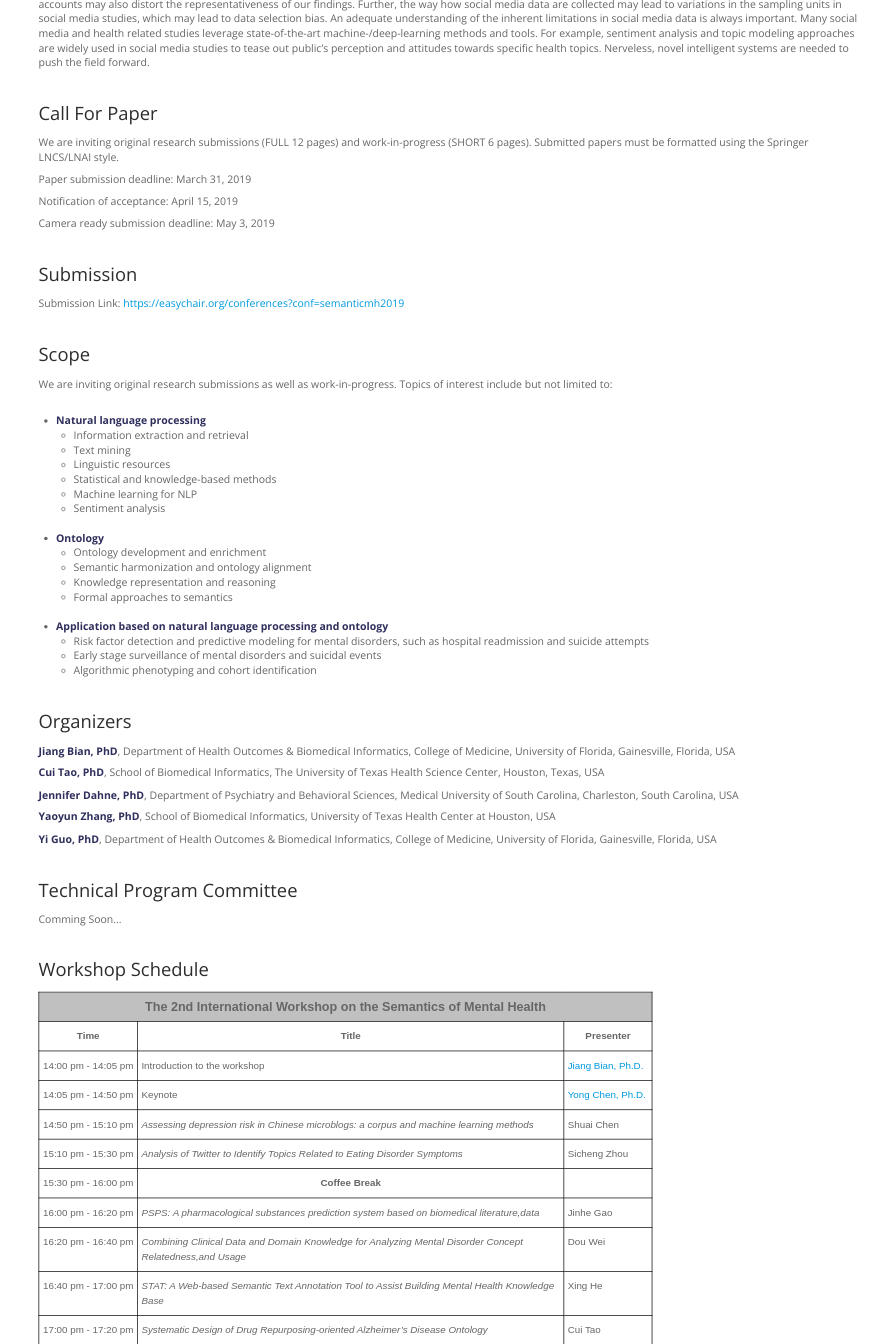
Repository: bianjiang/semantics-powered.org
Page: ISSWHR-2020/index.html
These files come from the project's save history. The page is drawn as it stood at one moment and after the next save; the edit follows.
The browser window is 1280 px wide. The pictures show the part of the page from y = 627 to 2547 px (the page is 2696 px tall before and 2601 px after), at 70% of full size.
Some web libraries are served in a nearby version.

Above is the page before, as saved 2019-10-26 16:54:31.
Console error (its wording comes from the project's code and is left out).

### ISSWHR-2020/index.html
<!DOCTYPE html>
<!--[if lt IE 7]>      <html class="no-js lt-ie9 lt-ie8 lt-ie7"> <![endif]-->
<!--[if IE 7]>         <html class="no-js lt-ie9 lt-ie8"> <![endif]-->
<!--[if IE 8]>         <html class="no-js lt-ie9"> <![endif]-->
<!--[if gt IE 8]><!-->
<html class="no-js">
<!--<![endif]-->

<head>
  <meta charset="utf-8">
  <meta http-equiv="X-UA-Compatible" content="IE=edge,chrome=1">
  <title></title>
  <meta name="description" content="">
  <meta name="viewport" content="width=device-width">

  <link rel="stylesheet" href="css/bootstrap.min.css">
  <style>
    body {
      padding-top: 60px;
      padding-bottom: 40px;
    }
  </style>
  <link rel="stylesheet" href="css/bootstrap-responsive.min.css">
  <link rel="stylesheet" href="css/main.css">

  <script src="js/vendor/modernizr-2.6.2-respond-1.1.0.min.js"></script>
</head>

<body class="preview" id="top" data-spy="scroll" data-target=".subnav" data-offset="80">
  <!--[if lt IE 7]>
            <p class="chromeframe">You are using an <strong>outdated</strong> browser. Please <a href="http://browsehappy.com/">upgrade your browser</a> or <a href="http://www.google.com/chromeframe/?redirect=true">activate Google Chrome Frame</a> to improve your experience.</p>
        <![endif]-->

  <!-- This code is taken from http://twitter.github.com/bootstrap/examples/hero.html -->

  <div class="navbar navbar-fixed-top">
    <div class="navbar-inner">
      <div class="container">

        <a class="btn btn-navbar" data-toggle="collapse" data-target=".nav-collapse">
                        <span class="icon-bar"></span>
                        <span class="icon-bar"></span>
                        <span class="icon-bar"></span>
                    </a>
        <a class="brand" href="#">&nbsp;</a>
        <div class="nav-collapse collapse">
          <ul class="nav">
            <li class="active"><a href="#">Home</a></li>
            <!--
                            <li><a href="#aboutxx">About</a></li>
                            <li><a href="#contact">Contact</a></li>
                            -->
          </ul>
        </div>

      </div>

    </div>
  </div>

  <div class="container">

    <!-- Main hero unit for a primary marketing message or call to action -->
    <!--
            <div class="hero-unit">
                <h1>Hello, world!</h1>
                <p>This is a template for a simple marketing or informational website. It includes a large callout called the hero unit and three supporting pieces of content. Use it as a starting point to create something more unique.</p>
                <p><a class="btn btn-primary btn-large">Learn more &raquo;</a></p>
            </div>
            -->
    <!-- Masthead
================================================== -->
    <header class="jumbotron subhead" id="overview">
      <div class="row">
        <div class="span12">
          <br/>
          <h2>Intelligent Systems in Social Web and Health Research 2020 (ISSWHR 2020)</h2>
          <p>In conjunction with the <a href="https://jsasaki3.wixsite.com/ieaaie2020" target="_blank">The 33th International Conference on Industrial, Engineering & Other Applications of Applied Intelligent Systems</a> (IEA/AIE 2020)</p>
          <p>To be held in Kitakyushu, Japan</p>
          <p>July 21-24, 2020</p>
        </div>
        <div class="span6">
          <!--
      <div class="bsa well">
          <div id="bsap_1277971" class="bsarocks bsap_c466df00a3cd5ee8568b5c4983b6bb19"></div>
      </div>
    -->
        </div>
      </div>
      <div class="subnav">
        <ul class="nav nav-pills">
          <li><a href="#history">History</a></li>
          <li><a href="#overview">Overview</a></li>
          <!-- <li><a href="#audience">Audience</a></li> -->
          <li><a href="#callforpaper">Call For Paper</a></li>
          <li><a href="#submissions">Submission</a></li>
          <!-- <li><a href="#rational">Rational</a></li>
          <li><a href="#workshopstructure">Workshop Structure</a></li> -->
          <!-- <li><a href="#publicity">Publicity</a></li> -->
          <li><a href="#scope">Scope</a></li>
          <li><a href="#organizers">Organizers</a></li>
          <li><a href="#techprogcom">Technical Program Committee</a></li>
        </ul>
      </div>
    </header>

    <!-- <section id="History">
      <div class="row">
        <div class="span12">
          <h3>History</h3>
          <p>The 1st International Workshop on the Semantics of Mental Health (SemanticMH 2018) was successfully organized and hosted in conjunction with the sixth IEEE International Conference on Healthcare Informatics (ICHI 2018) on June 7th, 2018 in New York City, NY, USA.  Overall, we received 7 high quality submissions and we accepted 6 of them.  The accepted papers were published in the IEEE ICHI 2018 workshop proceedings; and we invited the authors of these 6 accepted papers to submit an extended journal version to a special issue (“Special Issue: Semantics of Mental Health”) in the Health Informatics Journal (IF 3.021).
           All authors presented their work in ICHI 2018; and we have invited two keynote speakers (i.e., Drs. Jessie Tenenbaum and Piper Ranallo) from the Mental Health Informatics Working Group (WG) of the American Medical Informatics Association (AMIA) to present a report from the WG titled, “Mental Health Informatics and Knowledge Representation.”  Overall, SemanticsMH 2018 was highly successful and facilitated the exchange of scholar ideas from a group of interdisciplinary researches.
        </p>
        </div>
      </div>
    </section> -->

    <section id="overview">
      <div class="row">
        <div class="span12">
          <h3>Overview</h3>
          <p>Many health behaviors and decisions, despite being an individual choice, are often influenced by social and cultural context.  As people's activities and communication on the Web increase, information about their social activities and interactions become more available.  User-generated contents on the social web including Twitter, Facebook, Instagram, web sites, and blogs, as well as the future semantic web, afford us enormous opportunity for health-related research.  Today’s researchers are mining these big datasets for patterns and trends that can lead to new hypotheses, new discoveries, and new interventions.  How can you tap into the wealth of social web data to understand the intersections of individual behaviors, social-environmental factors, and social interactions to answer scientific questions?  How can you leverage the new communication landscape (Internet penetration, online communities, social media, and wikis) to design health interventions and improve measurement of outcomes (e.g., clinical trial recruitment, risk perception, decision making, and attitudes)?

            Nevertheless, there are also numerous challenges in using social web data for health-related research.  For example, social web users are different from the general population.  Twitter users are younger than the general population.  Thus, the representativeness of social media populations should be carefully considered when interpreting study findings.  The presence of bots and fake accounts may also distort the representativeness of our findings.  Further, the way how social media data are collected may lead to variations in the sampling units in social media studies, which may lead to data selection bias.  An adequate understanding of the inherent limitations in social media data is always important.

            Many social media and health related studies leverage state-of-the-art machine-/deep-learning methods and tools.  For example, sentiment analysis and topic modeling approaches are widely used in social media studies to tease out public’s perception and attitudes towards specific health topics.  Nerveless, novel intelligent systems are needed to push the field forward.
            </p>
        </div>
      </div>
    </section>

    <!-- <section id="audience">
      <div class="row">
        <div class="span12">
          <h3>Audience</h3>
          <p>The goal of this workshop is to bring experts in the field of natural language processing, knowledge representation, knowledge management, and health data analytics to discuss innovative analytical methods, applications, and tools to address problems in mental health.
        </p>
        </div>
      </div>
    </section> -->

    <section id="callforpaper">
      <div class="row">
        <div class="span12">
          <h3>Call For Paper</h3>
          <p>We are inviting original research submissions (FULL 12 pages) and work-in-progress (SHORT 6 pages).  Submitted papers must be formatted using the Springer LNCS/LNAI style.
              <!-- <p>Paper submission deadline: March 15, 2019</p> -->
              <p>Paper submission deadline: March 31, 2019</p>
              <p>Notification of acceptance: April 15, 2019</p>
              <p>Camera ready submission deadline: May 3, 2019</p>
        </p>
        </div>
      </div>
    </section>

    <section id="submissions">
      <div class="row">
        <div class="span12">
          <h3>Submission</h3>
          <p>Submission Link: <a href="https://easychair.org/conferences?conf=semanticmh2019" target="_blank">https://easychair.org/conferences?conf=semanticmh2019</a></p>
        </div>
      </div>
    </section>
    <!-- <section id="rational">
      <div class="row">
        <div class="span12">
          <h3>Rational</h3>
          <p>Our proposed workshop aims to provide an international platform for the researchers and scientists in the mental health communities to demonstrate research progresses, share ideas, address questions, and promote collaborations for better representation and analysis of mental health-related terminologies and clinical and research data.
        </p>
        </div>
      </div>
    </section> -->

    <!-- <section id="workshopstructure">
      <div class="row">
        <div class="span12">
          <h3>Workshop Structure</h3>
          <p>We propose a half-day SemanticMH workshop for this year. We will arrange 3 hours for paper presentations and 1 hour for extensive discussions. Different sessions will be arranged based on the topics of presentations. Depending on the number of papers accepted for presentation, each paper presentation will be restricted to 10-25 minutes for a full-length paper, and 5-15 minutes for a short-length paper. All the papers will be submitted and handled through EasyChair and go through peer reviews by at least two reviewers. After the full papers are accepted, we will work with the Health Informatics editors and reviewers to decide which papers will be formally invited for extension to be included in a thematic series in the Health Informatics journal.
        </p>
        </div>
      </div>
    </section>


    <section id="publicity">
      <div class="row">
        <div class="span12">
          <h3>Publicity</h3>
          <p>Various methods will be used for advertisement, including: (i) posting in email mailing lists and through private emails; (ii) creating a workshop discussion email list address and using it for sharing news and posting, (iii) posting in influential websites, (iv) phone calls to colleagues and friends who may be interested, (v) generating a workshop website dedicated to this event, and inviting potential attendees to visit, and (vi) generating a social networking website in LinkedIn to attract public attention, participation, and discussion. The main difference between the workshop website and the LinkedIn website will be that the workshop website is dedicated for posting the workshop information, and the LinkedIn website is used for social networking.
        </p>
        </div>
      </div>
    </section> -->

    <section id="scope">

      <div class="row">
        <div class="span12">
          <h3>Scope</h3>
          <p>We are inviting original research submissions as well as work-in-progress.
            Topics of interest include but not limited to:
          </p>
          <br>
          <ul>
            <li>
              <b>Natural language processing</b>
              <ul>
                <li>Information extraction and retrieval </li>
                <li>Text mining</li>
                <li>Linguistic resources</li>
                <li>Statistical and knowledge-based methods</li>
                <li>Machine learning for NLP</li>
                <li>Sentiment analysis</li>
              </ul>
            </li>
            <br>
            <li>
              <b>Ontology</b>
              <ul>
                <li>Ontology development and enrichment </li>
                <li>Semantic harmonization and ontology alignment</li>
                <li>Knowledge representation and reasoning</li>
                <li>Formal approaches to semantics</li>
              </ul>
            </li>
            <br>
            <li>
              <b>Application based on natural language processing and ontology</b>
              <ul>
                <li>Risk factor detection and predictive modeling for mental disorders, such as hospital readmission and suicide attempts</li>
                <li>Early stage surveillance of mental disorders and suicidal events </li>
                <li>Algorithmic phenotyping and cohort identification </li>
              </ul>
            </li>
          </ul>


        </div>
      </div>
    </section>

    <section id="organizers">
      <div class="row">
        <div class="span12">
          <h3>Organizers</h3>
          <p><b>Jiang Bian, PhD</b>, Department of Health Outcomes & Biomedical Informatics, College of Medicine, University of Florida, Gainesville, Florida, USA</p>
          <p><b>Cui Tao, PhD</b>, School of Biomedical Informatics, The University of Texas Health Science Center, Houston, Texas, USA</p>
          <p><b>Jennifer Dahne, PhD</b>, Department of Psychiatry and Behavioral Sciences, Medical University of South Carolina, Charleston, South Carolina, USA</p>
          <p><b>Yaoyun Zhang, PhD</b>, School of Biomedical Informatics, University of Texas Health Center at Houston, USA</p></p>
          <p><b>Yi Guo, PhD</b>, Department of Health Outcomes & Biomedical Informatics, College of Medicine, University of Florida, Gainesville, Florida, USA</p></p>
        </div>
      </div>
    </section>

    <section id="techprogcom">
      <div class="row">
        <div class="span12">
          <h3>Technical Program Committee</h3>
          <p>Comming Soon...</p>
        </div>
      </div>
    </section>

    <section id="schedule">
      <div class="row">
        <div class="span12">
          <h3>Workshop Schedule</h3>
          <div>
            <style type="text/css">
              .tg  {border-collapse:collapse;border-spacing:0;}
              .tg td{font-family:Arial, sans-serif;font-size:14px;padding:10px 5px;border-style:solid;border-width:1px;overflow:hidden;word-break:normal;border-color:black;}
              .tg th{font-family:Arial, sans-serif;font-size:14px;font-weight:normal;padding:10px 5px;border-style:solid;border-width:1px;overflow:hidden;word-break:normal;border-color:black;}
              .tg .tg-s6z2{text-align:center}
              .tg .tg-baqh{text-align:center;vertical-align:top}
              .tg .tg-j8xs{font-weight:bold;font-size:18px;background-color:#c0c0c0;text-align:center;vertical-align:top}
              .tg .tg-hgcj{font-weight:bold;text-align:center}
              .tg .tg-amwm{font-weight:bold;text-align:center;vertical-align:top}
              .tg .tg-s268{text-align:left}
              .tg .tg-0lax{text-align:left;vertical-align:top}
              .tg .tg-8zwo{font-style:italic;text-align:left;vertical-align:top}
              </style>
              <table class="tg" style="undefined;table-layout:fixed;width:876px;">
              <colgroup>
              <col style="width: 141px">
              <col style="width: 609px">
              <col style="width: 126px">
              </colgroup>
                <tr>
                  <th class="tg-j8xs" colspan="3">The 2nd International Workshop on the Semantics of Mental Health</th>
                </tr>
                <tr>
                  <td class="tg-hgcj">Time</td>
                  <td class="tg-hgcj">Title</td>
                  <td class="tg-amwm">Presenter</td>
                </tr>
                <tr>
                  <td class="tg-s6z2">14:00 pm - 14:05 pm</td>
                  <td class="tg-s268">Introduction to the workshop</td>
                  <td class="tg-0lax"><a target="_blank" href="https://hobi.med.ufl.edu/about/faculty-directory-2/bian-jiang/">Jiang Bian, Ph.D.</a></td>
                </tr>
                <tr>
                  <td class="tg-s6z2">14:05 pm - 14:50 pm</td>
                  <td class="tg-s268">Keynote</td>
                  <td class="tg-0lax"><a target="_blank" href="https://dbe.med.upenn.edu/biostat-research/YongChen">Yong Chen, Ph.D.</a></td>
                </tr>
                <tr>
                  <td class="tg-baqh">14:50 pm - 15:10 pm</td>
                  <td class="tg-8zwo">Assessing depression risk in Chinese microblogs: a corpus and machine learning methods</td>
                  <td class="tg-0lax">Shuai Chen</td>
                </tr>
                <tr>
                  <td class="tg-baqh">15:10 pm - 15:30 pm</td>
                  <td class="tg-8zwo">Analysis of Twitter to Identify Topics Related to Eating Disorder Symptoms</td>
                  <td class="tg-0lax">Sicheng Zhou</td>
                </tr>
                <tr>
                  <td class="tg-baqh">15:30 pm - 16:00 pm</td>
                  <td class="tg-amwm">Coffee Break</td>
                  <td class="tg-0lax"></td>
                </tr>
                <tr>
                  <td class="tg-baqh">16:00 pm - 16:20 pm</td>
                  <td class="tg-8zwo">PSPS: A pharmacological substances prediction system based on biomedical literature,data</td>
                  <td class="tg-0lax">Jinhe Gao</td>
                </tr>
                <tr>
                  <td class="tg-baqh">16:20 pm - 16:40 pm</td>
                  <td class="tg-8zwo">Combining Clinical Data and Domain Knowledge for Analyzing Mental Disorder Concept Relatedness,and Usage</td>
                  <td class="tg-0lax">Dou Wei</td>
                </tr>
                <tr>
                  <td class="tg-baqh">16:40 pm - 17:00 pm</td>
                  <td class="tg-8zwo">STAT: A Web-based Semantic Text Annotation Tool to Assist Building Mental Health Knowledge Base</td>
                  <td class="tg-0lax">Xing He</td>
                </tr>
                <tr>
                  <td class="tg-baqh">17:00 pm - 17:20 pm</td>
                  <td class="tg-8zwo">Systematic Design of Drug Repurposing-oriented Alzheimer’s Disease Ontology</td>
                  <td class="tg-0lax">Cui Tao</td>
                </tr>
              </table>
          </div>
        </div>
      </div>
    </section>
    <hr>
    <h4><b>Contact:</b> Jiang Bian; <a href="mailto:bianjiang@ufl.edu">bianjiang@ufl.edu</a></h4>
    <footer>
      <p>&copy; SemanticMH 2019</p>
    </footer>

  </div>
  <!-- /container -->

  <script src="//ajax.googleapis.com/ajax/libs/jquery/1.9.1/jquery.min.js"></script>
  <script>
    window.jQuery || document.write('<script src="js/vendor/jquery-1.9.1.min.js"><\/script>')
  </script>

  <script src="js/vendor/bootstrap.min.js"></script>

  <script src="js/plugins.js"></script>
  <script src="js/main.js"></script>
  <script>
      (function (i, s, o, g, r, a, m) {
i['GoogleAnalyticsObject'] = r; i[r] = i[r] || function () {
        (i[r].q = i[r].q || []).push(arguments)
      }, i[r].l = 1 * new Date(); a = s.createElement(o),
        m = s.getElementsByTagName(o)[0]; a.async = 1; a.src = g; m.parentNode.insertBefore(a, m)
      })(window, document, 'script', 'https://www.google-analytics.com/analytics.js', 'ga');

    ga('create', 'UA-50982144-4', 'auto');
    ga('send', 'pageview');
  </script>
</body>

</html>

Loaded but not shown: ISSWHR-2020/css/bootstrap.min.css (library); ISSWHR-2020/css/bootstrap-responsive.min.css (library); ISSWHR-2020/js/vendor/modernizr-2.6.2-respond-1.1.0.min.js (library); ISSWHR-2020/js/vendor/bootstrap.min.js (library); ISSWHR-2020/js/main.js (95 lines, source omitted); ISSWHR-2020/js/plugins.js (24 lines, source omitted); ISSWHR-2020/css/main.css (463 lines, source omitted)

After the next save:
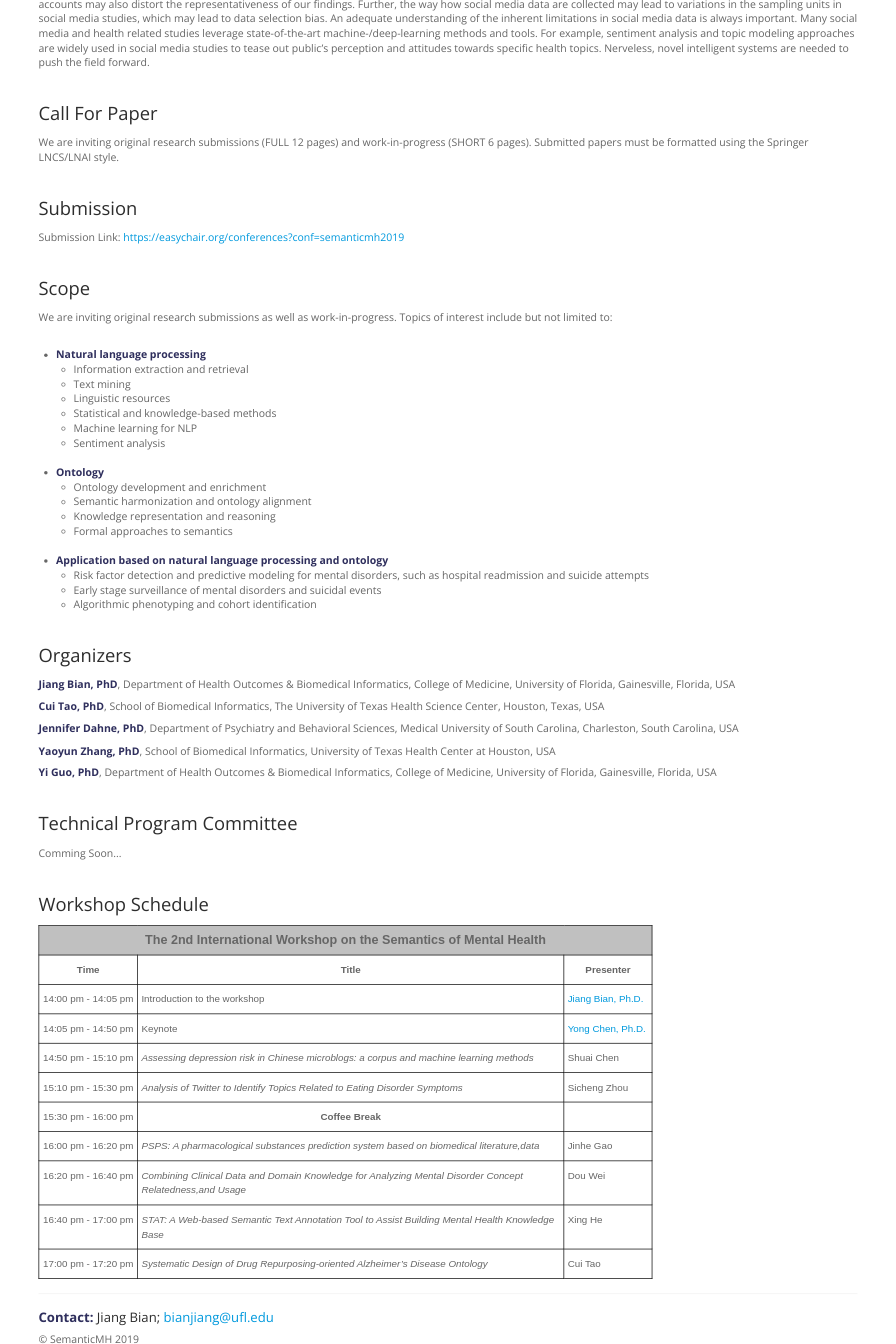
Saved 59 s later.
--- a/ISSWHR-2020/index.html
+++ b/ISSWHR-2020/index.html
@@ -144,10 +144,7 @@
         <div class="span12">
           <h3>Call For Paper</h3>
           <p>We are inviting original research submissions (FULL 12 pages) and work-in-progress (SHORT 6 pages).  Submitted papers must be formatted using the Springer LNCS/LNAI style.
-              <!-- <p>Paper submission deadline: March 15, 2019</p> -->
-              <p>Paper submission deadline: March 31, 2019</p>
-              <p>Notification of acceptance: April 15, 2019</p>
-              <p>Camera ready submission deadline: May 3, 2019</p>
+
         </p>
         </div>
       </div>
